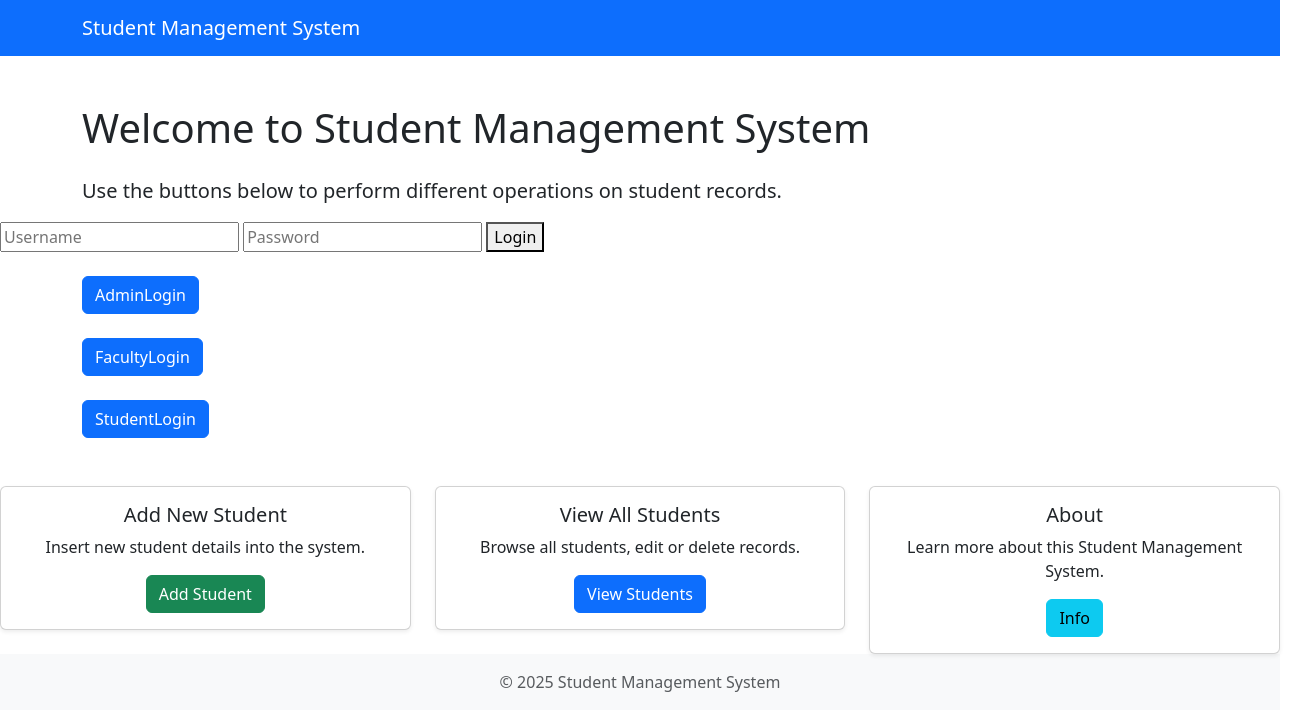
Repository: BorudePiyush/StudentMANAGEMENTSystem-using-java
Page: http://localhost/Student_management_systems/
The author's editor kept a copy of each file at every save. The page is drawn from the files as they stood at one save, then again after the next save.
The browser window is 1280 px wide. The page is 1292 px wide, so the pictures cover 1292 px, including what lies to the right of the window. The pictures show the whole page.
The page is served by Tomcat 10.

Above is the page before, as saved 2025-06-07 07:01:33.

After the next save:
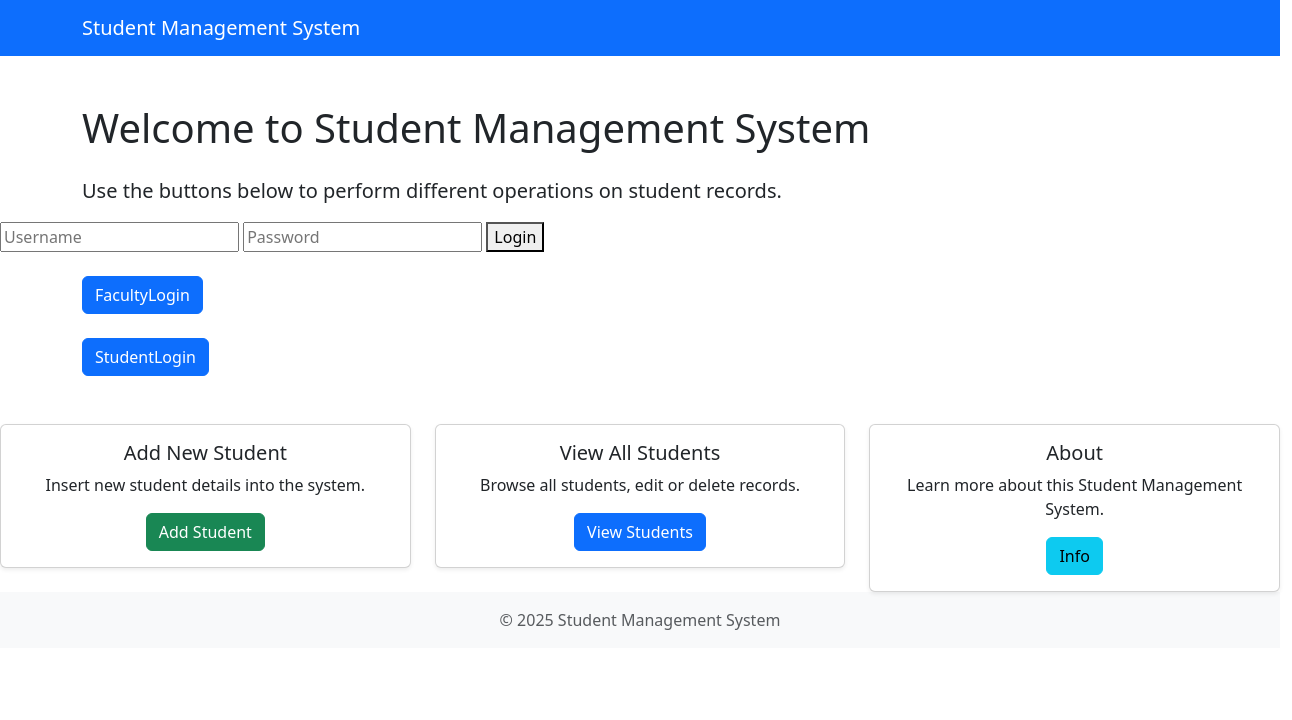
Saved 11 s later.
--- a/Student management systems/src/main/webapp/index.html
+++ b/Student management systems/src/main/webapp/index.html
@@ -29,9 +29,6 @@
   <button type="submit">Login</button>
 </form>
 
-<div class="container mt-4">
-    <a href="AdminLogin" class="btn btn-primary">AdminLogin</a>
-    </div>
     <div class="container mt-4">
     <a href="FacultyLogin" class="btn btn-primary">FacultyLogin</a>
     </div>
